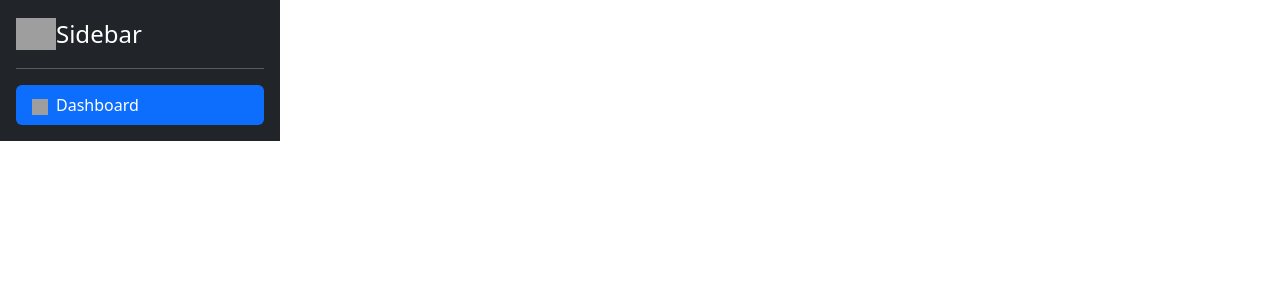
Repository: ahmad-dev7/TrendWear
Page: / (app in trend_wear_dashboard/)
The author's editor kept a copy of each file at every save. The page is drawn from the files as they stood at one save, then again after the next save.
The browser window is 1280 px wide. The pictures show the whole page.
Pictures or frames that could not be fetched are drawn as grey boxes. The project was rebuilt for these pictures with package versions that can differ from the ones it lists, and the page was loaded fresh each time. Also part of the build but not shown: trend_wear_dashboard/vite.config.ts.

Above is the page before, as saved 2025-01-19 13:06:58.

After the next save:
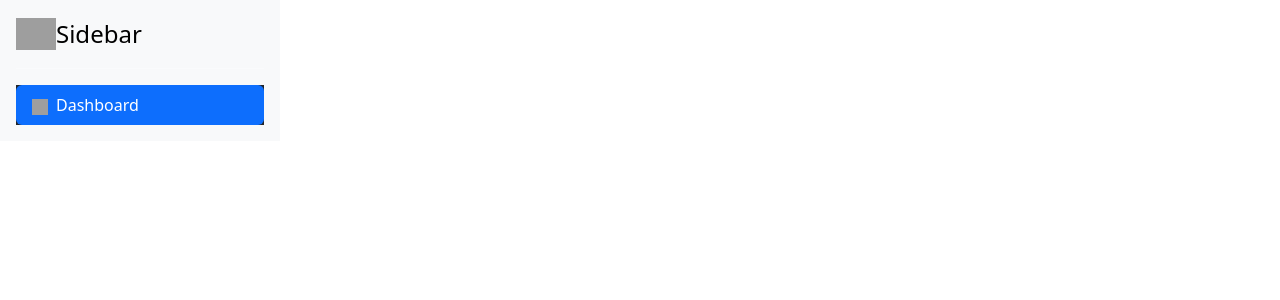
Saved 25 s later.
--- a/trend_wear_dashboard/src/Sections/Sidebar.tsx
+++ b/trend_wear_dashboard/src/Sections/Sidebar.tsx
@@ -1,7 +1,7 @@
 const Sidebar = () => {
   return (
     <div
-      className="d-flex flex-column flex-shrink-0 p-3 text-white bg-dark"
+      className="d-flex flex-column flex-shrink-0 p-3 text-white bg-light"
       style={{ width: 280 }}
     >
       <a
@@ -9,7 +9,7 @@ const Sidebar = () => {
         className="d-flex align-items-center mb-3 mb-md-0 me-md-auto text-black text-decoration-none"
       >
         <img src="/public/vite.svg" alt="Logo" height={32} width={40} />
-        <span className="fs-4 text-white">Sidebar</span>
+        <span className="fs-4 text-black">Sidebar</span>
       </a>
       <hr />
       <ul className="nav nav-pills flex-column mb-auto">
